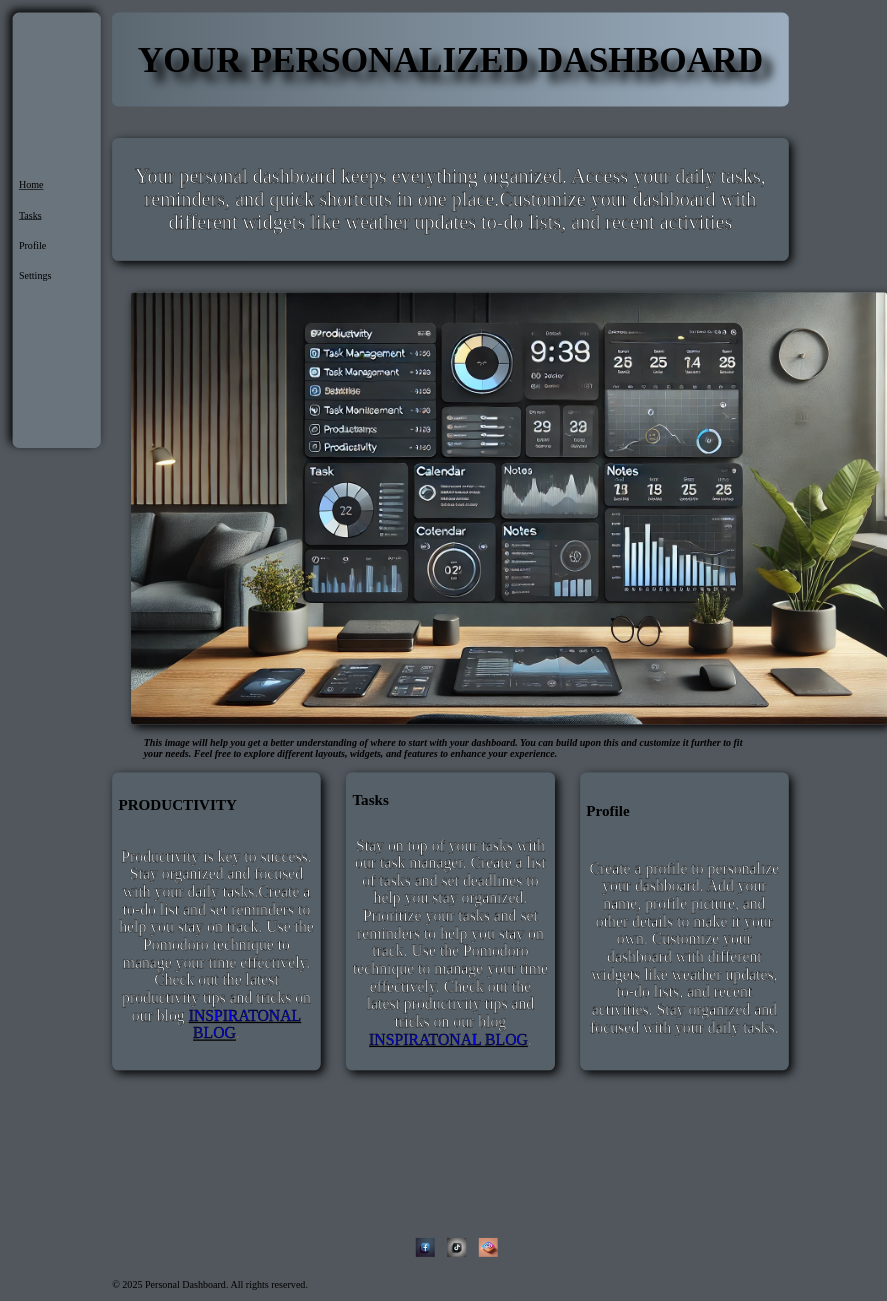
Repository: Parnicoza/testecomplete
Page: testcomplet-14.html
These files come from the project's save history. The page is drawn as it stood at one moment and after the next save; the edit follows.
The browser window is 1280 px wide. The page is 1408 px wide, so the pictures cover 1408 px, including what lies to the right of the window. The pictures show the whole page, at 63% of full size.

Above is the page before, as saved 2025-03-02 14:26:45.

After the next save:
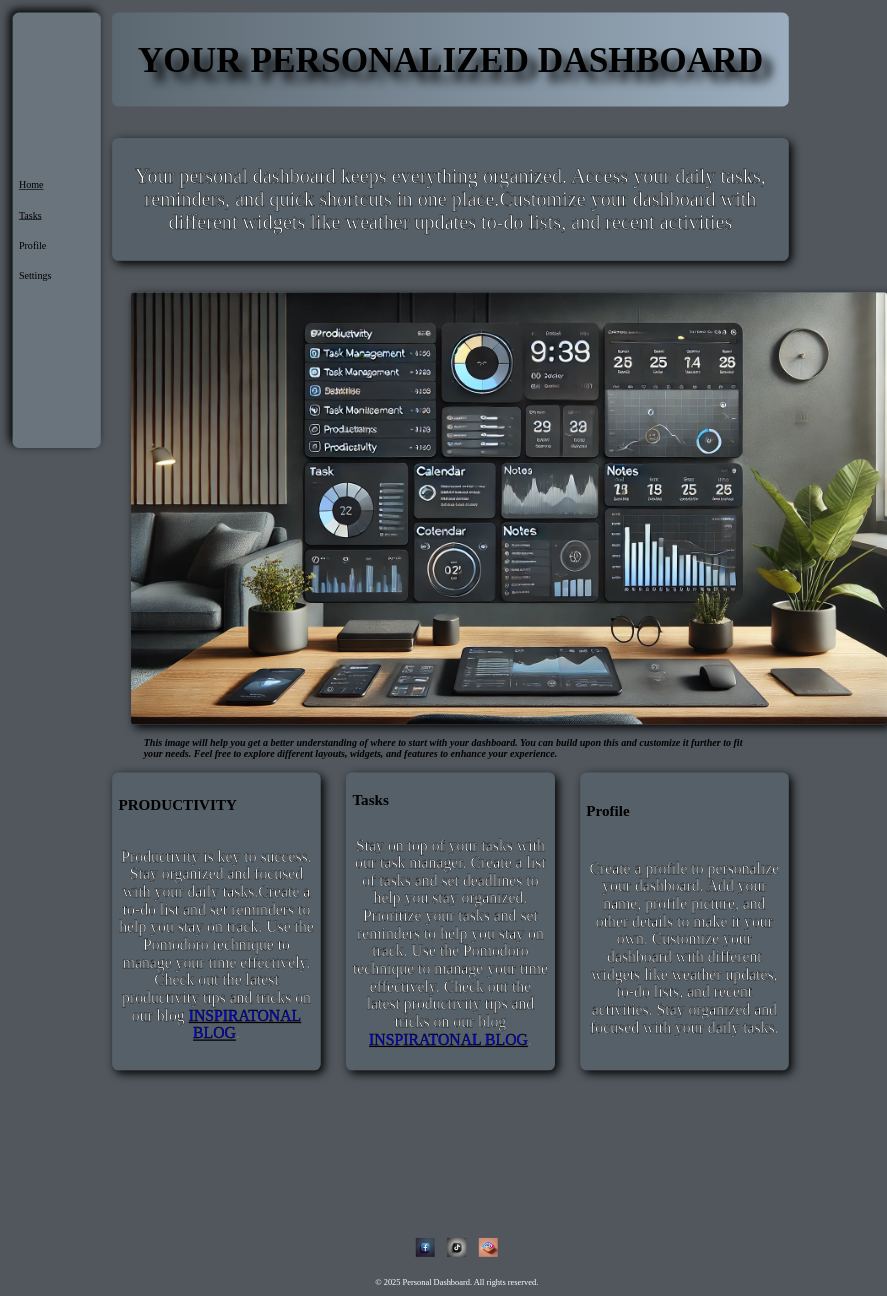
Saved 102 s later.
--- a/stilizaretestcomplet-14.css
+++ b/stilizaretestcomplet-14.css
@@ -188,7 +188,7 @@ body{
     padding: 0;
 }
 
-footer-text{
+.footer-text{
     color: white;
     font-size: smaller;
     text-align: center;
